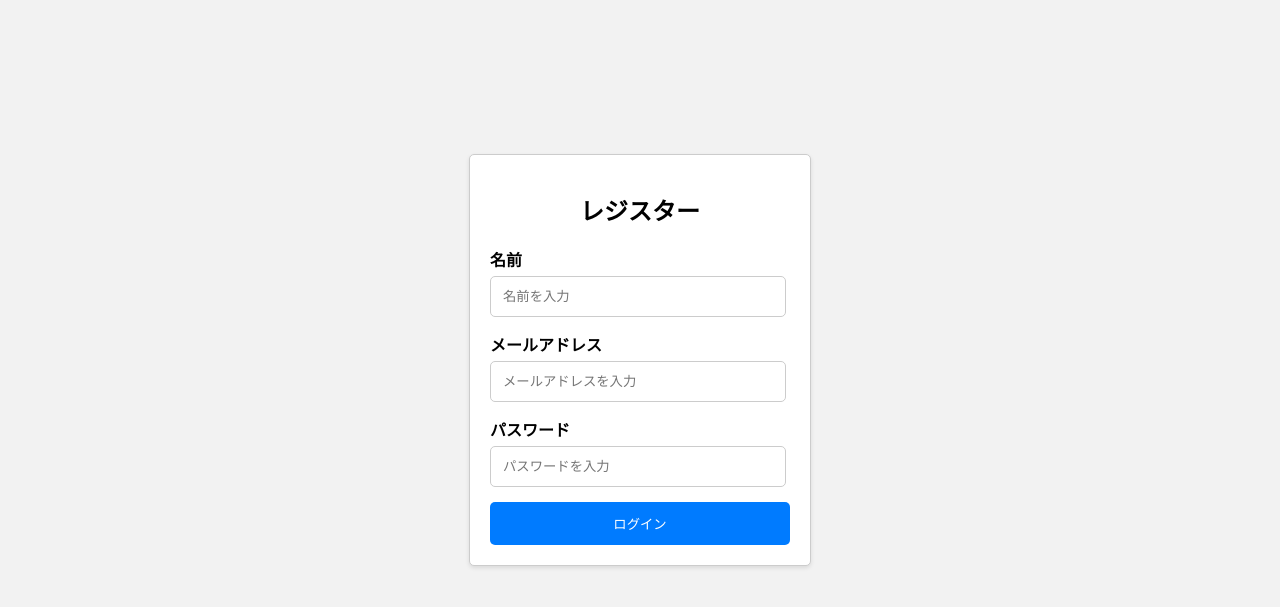
Repository: Jutta197/blog_0815
Page: src/main/resources/static/register.html
The author's editor kept a copy of each file at every save. The page is drawn from the files as they stood at one save, then again after the next save.
The browser window is 1280 px wide. The pictures show the whole page.

Above is the page before, as saved 2023-08-15 12:23:39.

### src/main/resources/static/register.html
<!DOCTYPE html>
<html lang="ja">

<head>
    <meta charset="UTF-8">
    <meta name="viewport" content="width=device-width, initial-scale=1.0">
    <title>レジスター</title>
    <link rel="stylesheet" href="login.css">

</head>

<body>
    <div class="container">
        <form action="" method="post">
            <h1>レジスター</h1>
            <label for="username">名前</label>
            <input type="text" id="username" name="username" placeholder="名前を入力" required>
            <label for="email">メールアドレス</label>
            <input type="text" id="email" name="email" placeholder="メールアドレスを入力" required>
            <label for="password">パスワード</label>
            <input type="password" id="password" name="password" placeholder="パスワードを入力">
            <input type="submit" value="ログイン" id="submit-button">
        </form>
    </div>
</body>

</html>

### src/main/resources/static/login.css
body {
    font-family: Arial, sans-serif;
    background-color: #f2f2f2;
    margin: 0;
    padding: 0;
    display: flex;
    justify-content: center;
    align-items: center;
    min-height: 100vh;
}

.container {
    background-color: #fff;
    padding: 20px;
    border-radius: 5px;
    box-shadow: 0 2px 4px rgba(0, 0, 0, 0.1);
    border: 1px solid #ccc;
    width: 300px;
}

.container h1 {
    font-size: 24px;
    margin-bottom: 20px;
    text-align: center;
}

label {
    display: block;
    font-weight: bold;
    margin-bottom: 5px;
}

input[type="text"],
input[type="password"] {
    width: 90%;
    padding: 12px;
    margin-bottom: 15px;
    border: 1px solid #ccc;
    border-radius: 5px;
    outline: none;
    transition: border-color 0.3s;
}

input[type="text"]:focus,
input[type="password"]:focus {
    border-color: #007bff;
}

#submit-button {
    background-color: #007bff;
    color: #fff;
    border: none;
    padding: 12px 20px;
    border-radius: 5px;
    cursor: pointer;
    width: 100%;
    transition: background-color 0.3s;
}

#submit-button:hover {
    background-color: #0056b3;
}

### src/main/resources/static/register.css
.container {
    width: 300px;
    border: 1px solid gray;
    padding: 20px;
    margin: 0 auto;
    background-color: beige;
}

h1 {
    text-align: center;
    margin-bottom: 20px;
}

#email,
#username,
#password {
    width: 150px;
    padding: 10px;
    border-radius: 6px;
    margin-bottom: 10px;
    background-color: antiquewhite;
}

#submit-button {
    background-color: darkseagreen;
    color: aliceblue;
    width: 50%;
    padding: 10px;
    border-radius: 6px;
    display: block;
    text-align: center;
    margin: 0 auto;
}

#submit-button:hover {
    color: palevioletred;
}


/* div {
    text-align: center;
    border-style: dashed solid dotted;
    border-width: 7px;
    border-color: aquamarine;
    border-radius: 10px;
    padding: 20px 10px;
    background-color: azure;
    margin: 50px 50px;

} */

After the next save:
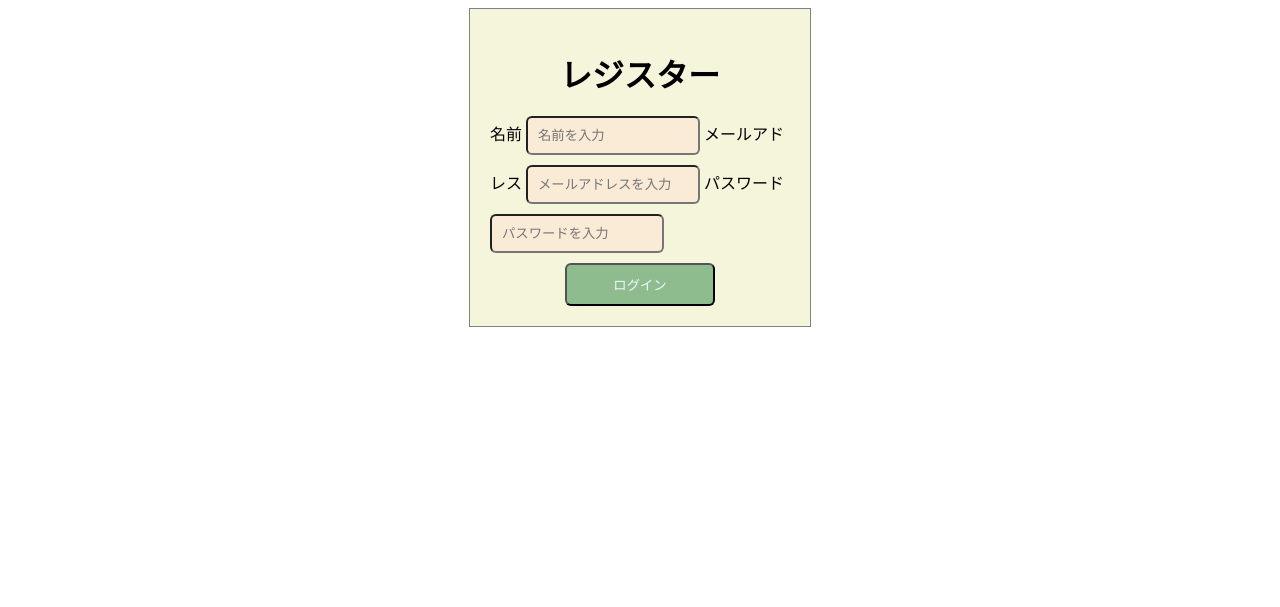
Saved 13 s later.
--- a/src/main/resources/static/register.html
+++ b/src/main/resources/static/register.html
@@ -5,7 +5,7 @@
     <meta charset="UTF-8">
     <meta name="viewport" content="width=device-width, initial-scale=1.0">
     <title>レジスター</title>
-    <link rel="stylesheet" href="login.css">
+    <link rel="stylesheet" href="register.css">
 
 </head>
 

After the save that followed:
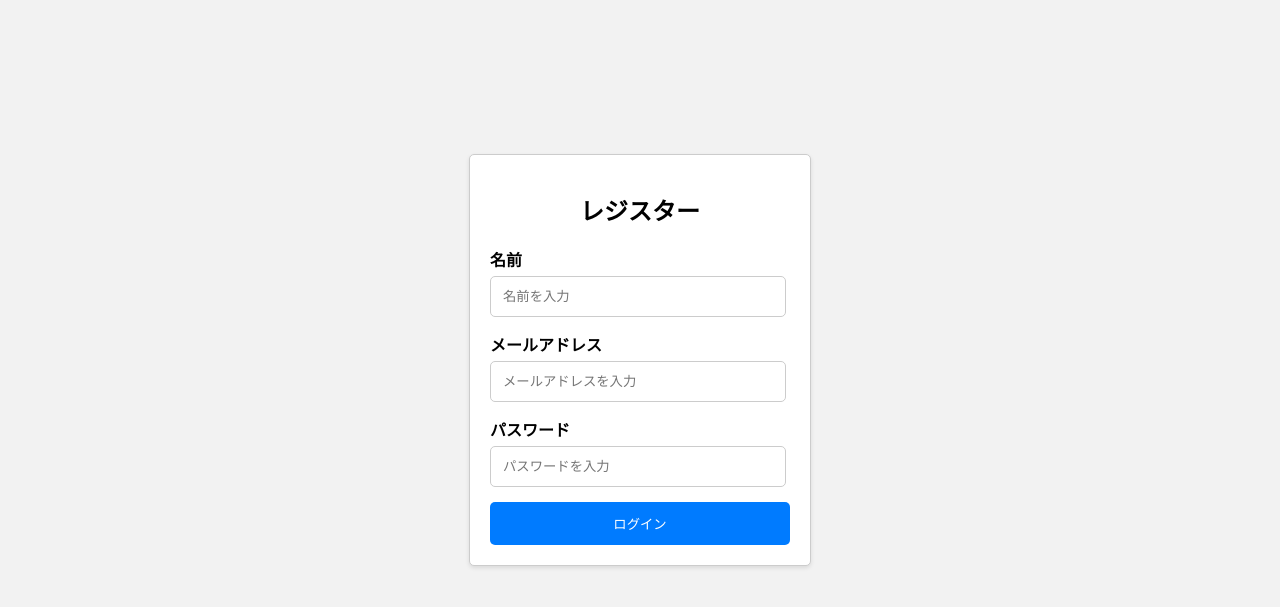
Saved 26 s later.
--- a/src/main/resources/static/register.css
+++ b/src/main/resources/static/register.css
@@ -1,50 +1,62 @@
-.container {
-    width: 300px;
-    border: 1px solid gray;
-    padding: 20px;
-    margin: 0 auto;
-    background-color: beige;
+body {
+    font-family: Arial, sans-serif;
+    background-color: #f2f2f2;
+    margin: 0;
+    padding: 0;
+    display: flex;
+    justify-content: center;
+    align-items: center;
+    min-height: 100vh;
 }
 
-h1 {
-    text-align: center;
-    margin-bottom: 20px;
+.container {
+    background-color: #fff;
+    padding: 20px;
+    border-radius: 5px;
+    box-shadow: 0 2px 4px rgba(0, 0, 0, 0.1);
+    border: 1px solid #ccc;
+    width: 300px;
 }
 
-#email,
-#username,
-#password {
-    width: 150px;
-    padding: 10px;
-    border-radius: 6px;
-    margin-bottom: 10px;
-    background-color: antiquewhite;
+.container h1 {
+    font-size: 24px;
+    margin-bottom: 20px;
+    text-align: center;
+}
+
+label {
+    display: block;
+    font-weight: bold;
+    margin-bottom: 5px;
+}
+
+input[type="text"],
+input[type="password"] {
+    width: 90%;
+    padding: 12px;
+    margin-bottom: 15px;
+    border: 1px solid #ccc;
+    border-radius: 5px;
+    outline: none;
+    transition: border-color 0.3s;
+}
+
+input[type="text"]:focus,
+input[type="password"]:focus {
+    border-color: #007bff;
 }
 
 #submit-button {
-    background-color: darkseagreen;
-    color: aliceblue;
-    width: 50%;
-    padding: 10px;
-    border-radius: 6px;
-    display: block;
-    text-align: center;
-    margin: 0 auto;
+    background-color: #007bff;
+    color: #fff;
+    border: none;
+    padding: 12px 20px;
+    border-radius: 5px;
+    cursor: pointer;
+    width: 100%;
+    transition: background-color 0.3s;
 }
 
 #submit-button:hover {
-    color: palevioletred;
+    background-color: #0056b3;
 }
-
-
-/* div {
-    text-align: center;
-    border-style: dashed solid dotted;
-    border-width: 7px;
-    border-color: aquamarine;
-    border-radius: 10px;
-    padding: 20px 10px;
-    background-color: azure;
-    margin: 50px 50px;
-
-} */
